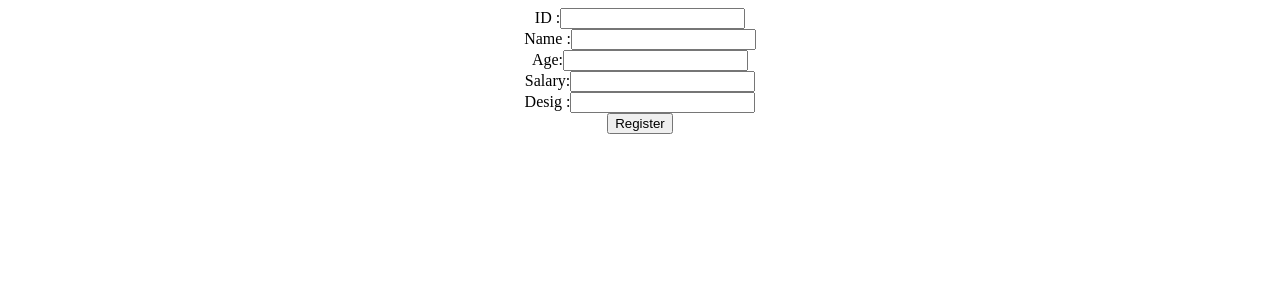
Repository: Thaneshwara848/Hibernate_BackEnd
Page: Register/src/main/webapp/Register.html
These files come from the project's save history. The page is drawn as it stood at one moment and after the next save; the edit follows.
The browser window is 1280 px wide. The pictures show the whole page.

Above is the page before, as saved 2022-11-06 17:02:59.

After the next save:
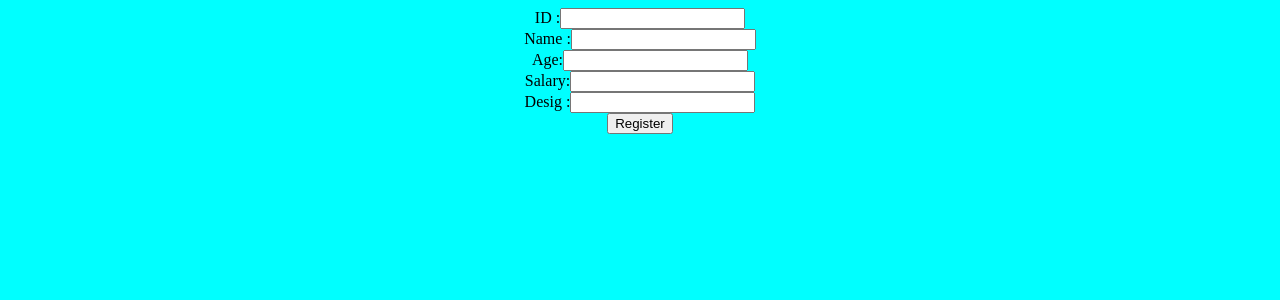
Saved 5 s later.
--- a/Register/src/main/webapp/Register.html
+++ b/Register/src/main/webapp/Register.html
@@ -4,7 +4,7 @@
 <meta charset="UTF-8">
 <title>Insert title here</title>
 </head>
-<body>
+<body bgcolor="cyan">
 <center >
 	<form action="Register">
 		ID :<input type="text" name="uid"><br>
